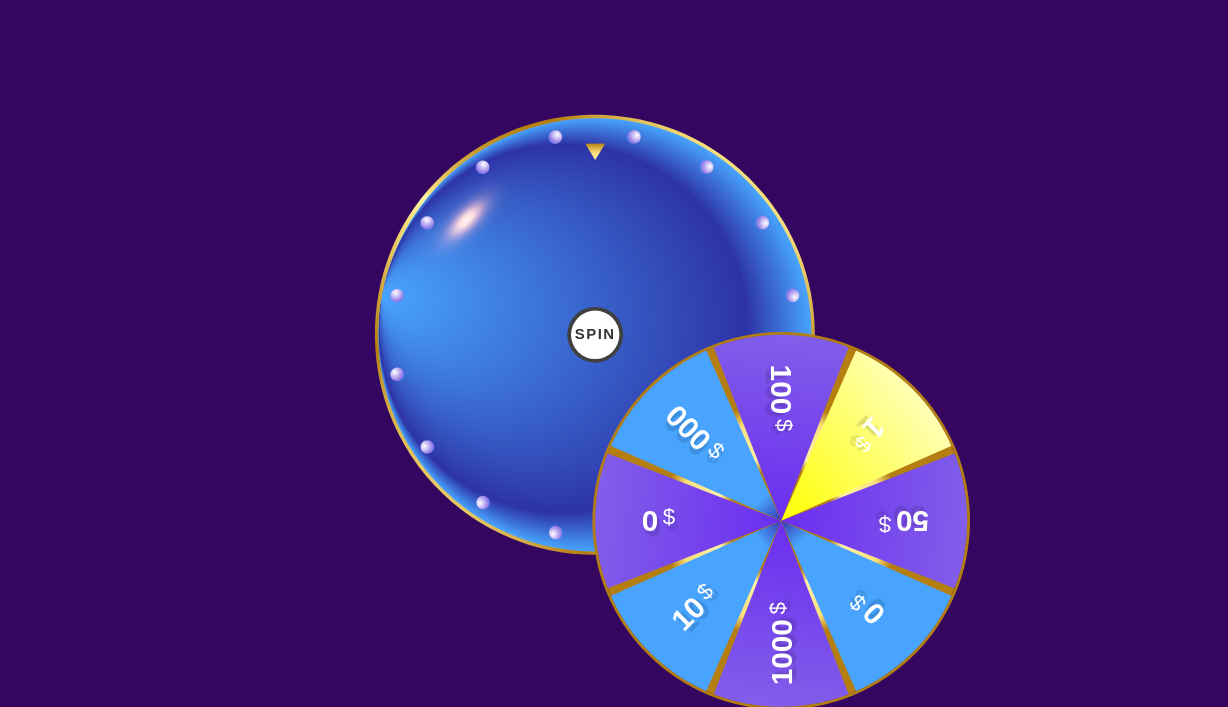
Repository: Jacques-Jaki-Morkel/FundedMarketplace_WheelofFortune
Page: index.html
The author's editor kept a copy of each file at every save. The page is drawn from the files as they stood at one save, then again after the next save.
The browser window is 1280 px wide. The page is 1280 px wide, then 1320 px, so the pictures cover 1320 px, including what lies to the right of the window. The pictures show the whole page, at 93% of full size.

Above is the page before, as saved 2025-08-14 13:39:46.

After the next save:
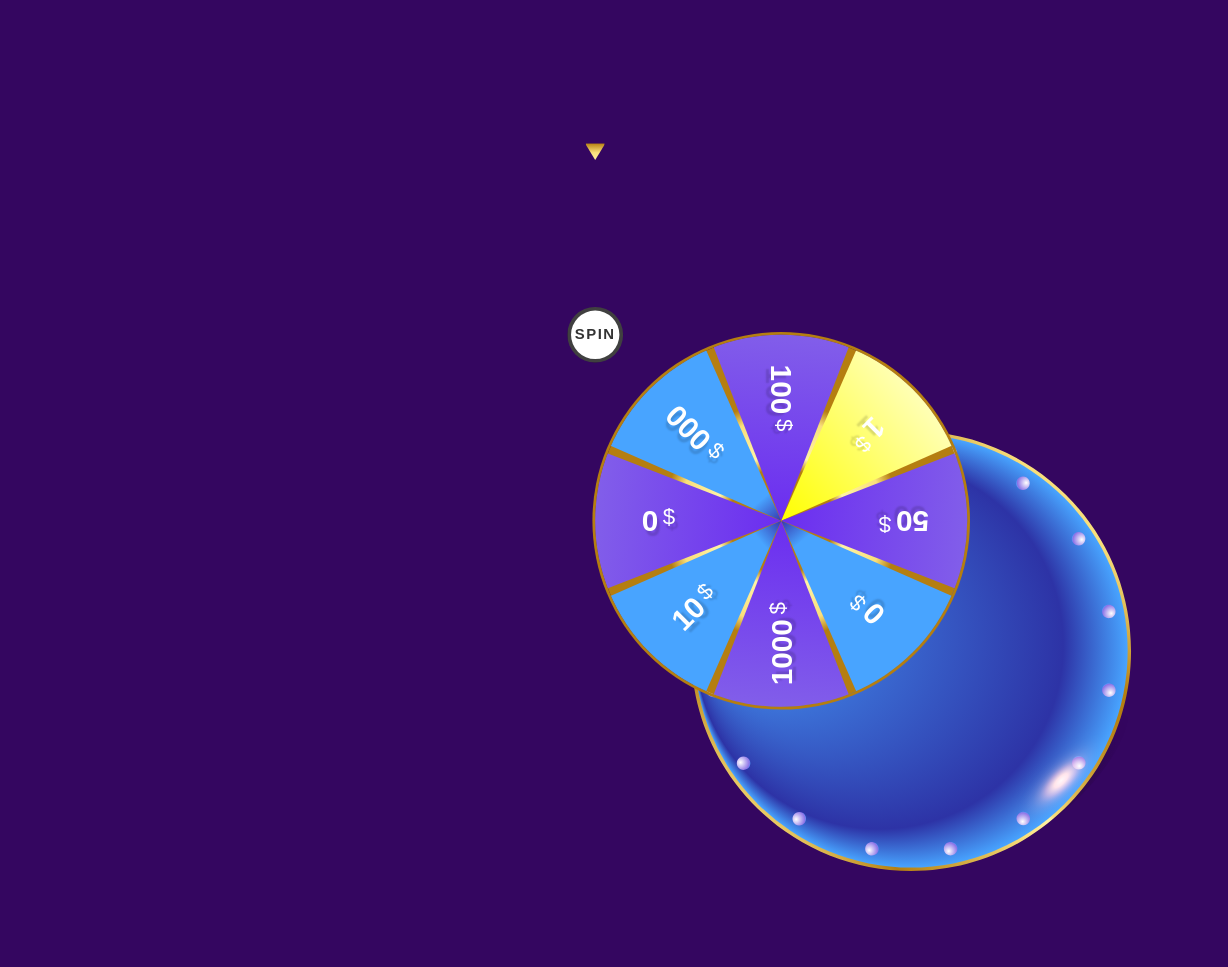
Saved 16 s later.
--- a/styles.css
+++ b/styles.css
@@ -74,7 +74,7 @@ body {
     left: 50%;
     width: 170%; /* bigger than wheel */
     height: 170%;
-    transform: translate(-50%, -50%);
+
     z-index: 1; /* behind the wheel */
     pointer-events: none; /* allows clicking wheel slices */
 }
